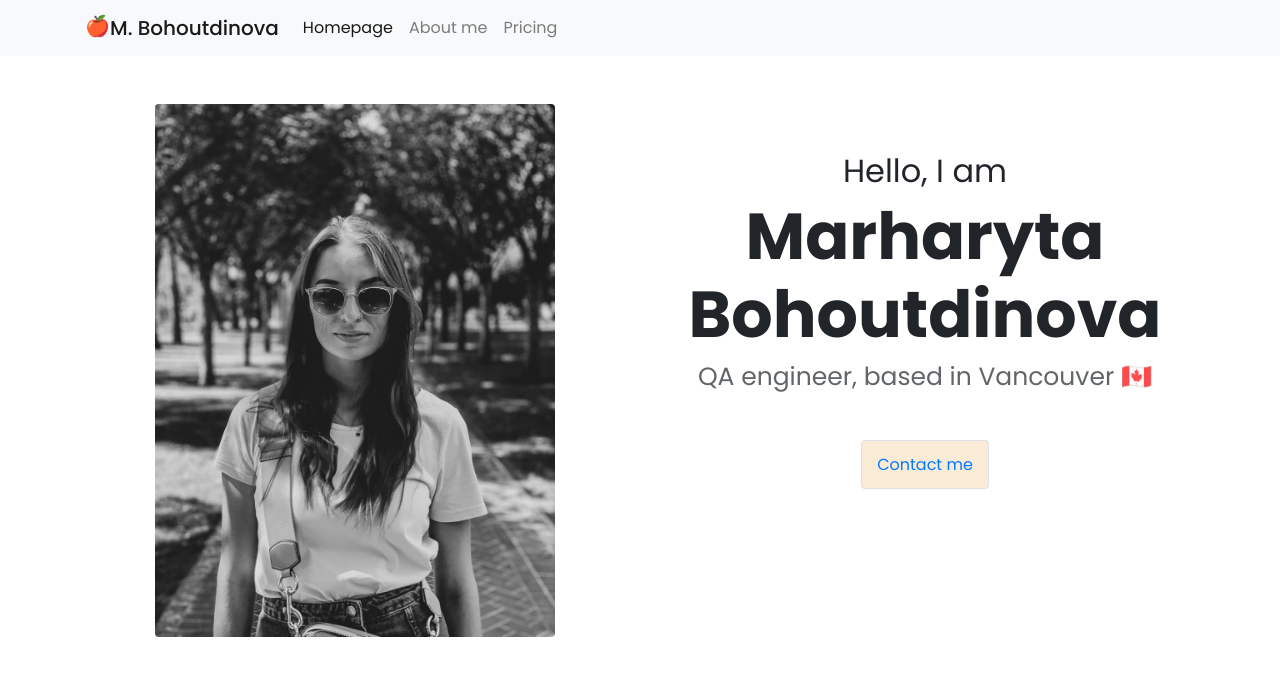
Repository: Bohoutdinova/Portfolio_week-4
Page: index.html
These files come from the project's save history. The page is drawn as it stood at one moment and after the next save; the edit follows.
The browser window is 1280 px wide. The pictures show the whole page.

Above is the page before, as saved 2022-08-10 18:28:40.

After the next save:
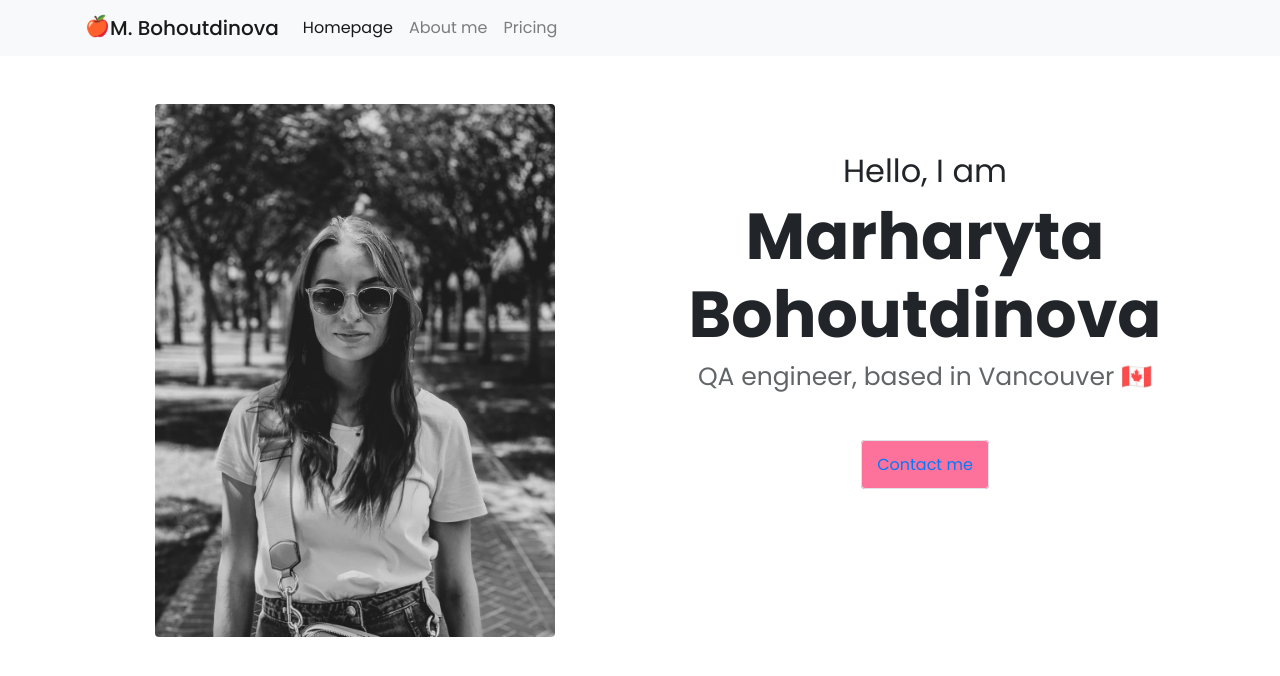
Saved 47 s later.
--- a/src/style.css
+++ b/src/style.css
@@ -54,5 +54,5 @@
 .contact-me {
   font-family: var(--main-family-font);
   padding: 12px 15px;
-  background-color: antiquewhite;
+  background-color: #fd729b;
 }
